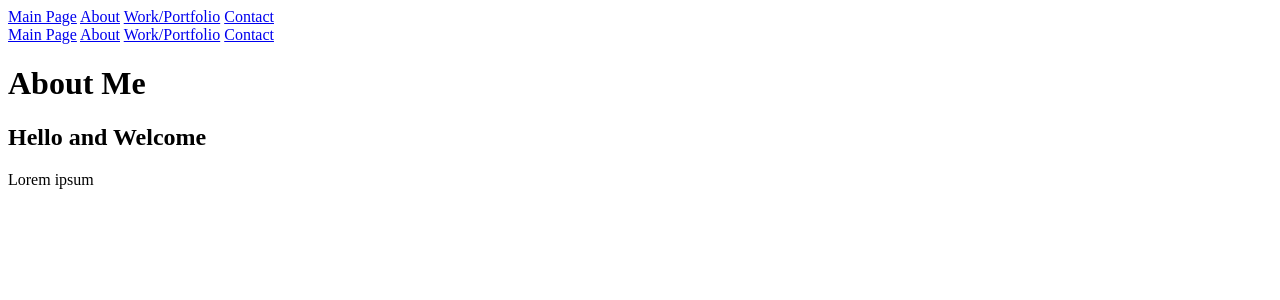
Repository: MelindaN14/My-Personal-Website
Page: about.html
These files come from the project's save history. The page is drawn as it stood at one moment and after a run of saves; the edit follows.
The browser window is 1280 px wide. The pictures show the whole page.

Above is the page before, as saved 2024-03-21 21:08:52.

After the next 2 saves:
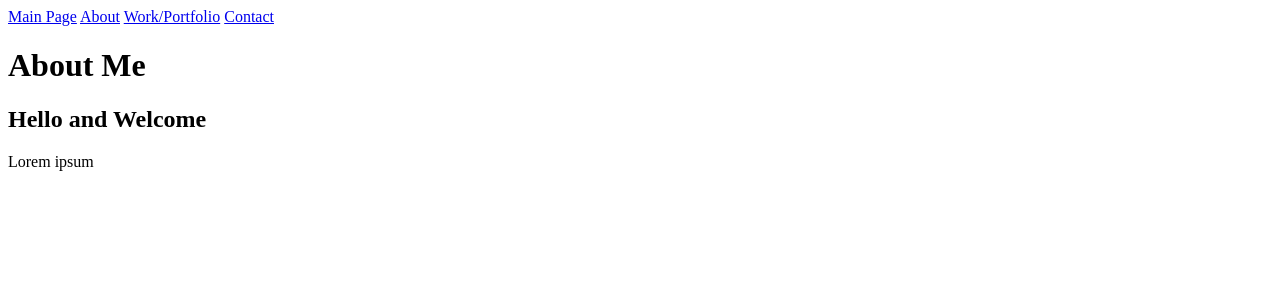
The 2 saves are shown as one change because they came seconds apart.
The last was saved 22 s later.
--- a/about.html
+++ b/about.html
@@ -5,16 +5,11 @@
     <meta name="viewport" content="width=device-width, initial-scale=1.0" />
     <title>About</title>
     <div class="navbar">
-    <a href="index.html">Main Page</a>
-    <a href="about.html">About</a>
-    <a href="portfolio.html">Work/Portfolio</a>
-    <a href="contact.html">Contact</a>
-      </div><div class="navbar">
-    <a href="index.html">Main Page</a>
-    <a href="about.html">About</a>
-    <a href="portfolio.html">Work/Portfolio</a>
-    <a href="contact.html">Contact</a>
-      </div>
+      <a href="index.html">Main Page</a>
+      <a href="about.html">About</a>
+      <a href="portfolio.html">Work/Portfolio</a>
+      <a href="contact.html">Contact</a>
+    </div>
   </head>
   <body>
     <h1>About Me</h1>
